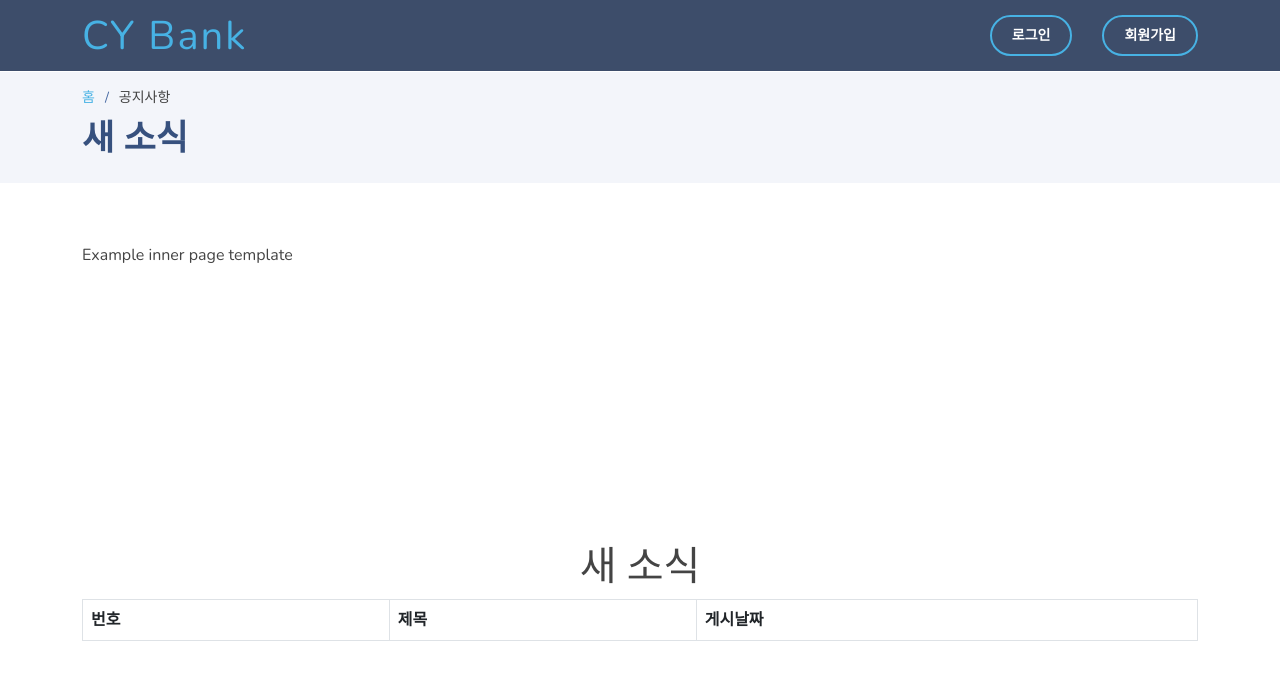
Repository: scy0814/Spring
Page: http://localhost/CYBank/jsp/notice/Notice.jsp
An editor plug-in stored every save of this project. The page is shown before and after the next save, followed by the edit.
The browser window is 1280 px wide. The pictures show the whole page.
The page is served by Tomcat 9.

Above is the page before, as saved 2023-06-27 01:45:59.

After the next save:
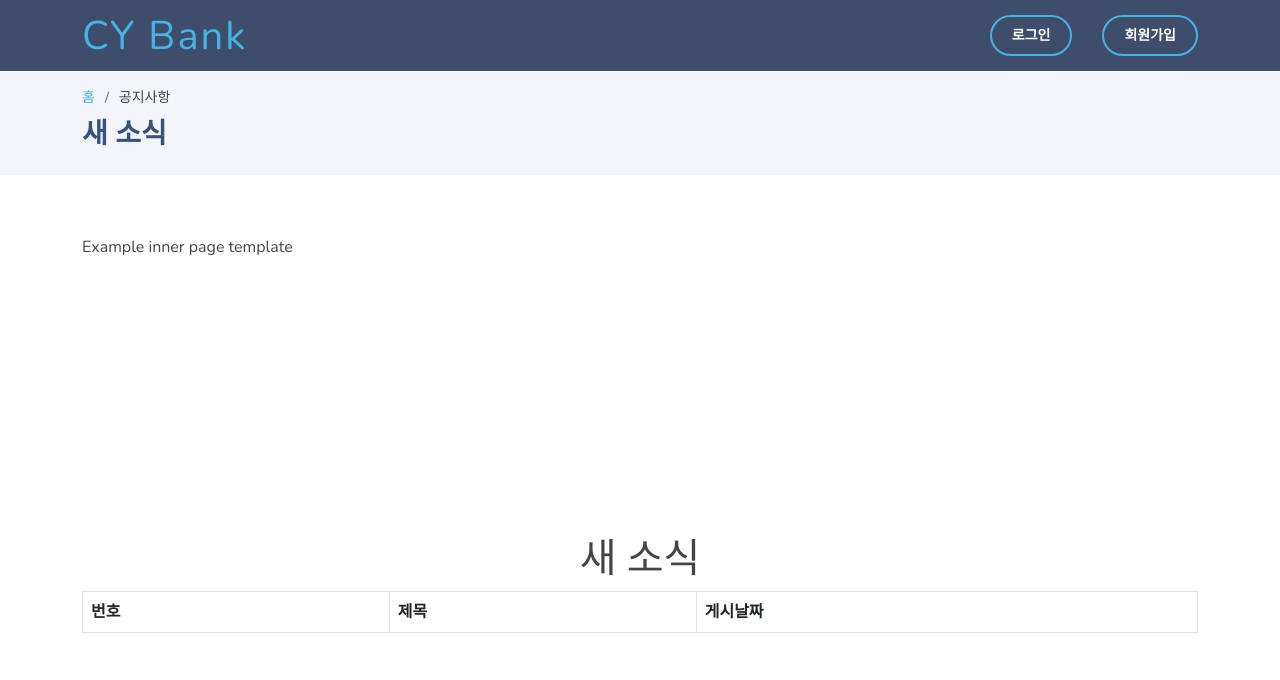
Saved 13 s later.
--- a/CYBank/src/main/webapp/jsp/notice/Notice.jsp
+++ b/CYBank/src/main/webapp/jsp/notice/Notice.jsp
@@ -38,7 +38,7 @@
           <li><a href="index.html">홈</a></li>
           <li>공지사항</li>
         </ol>
-        <h2 style="font-size : 35px;">새 소식</h2>
+        <h2>새 소식</h2>
 
       </div>
     </section><!-- End Breadcrumbs -->

After the save that followed:
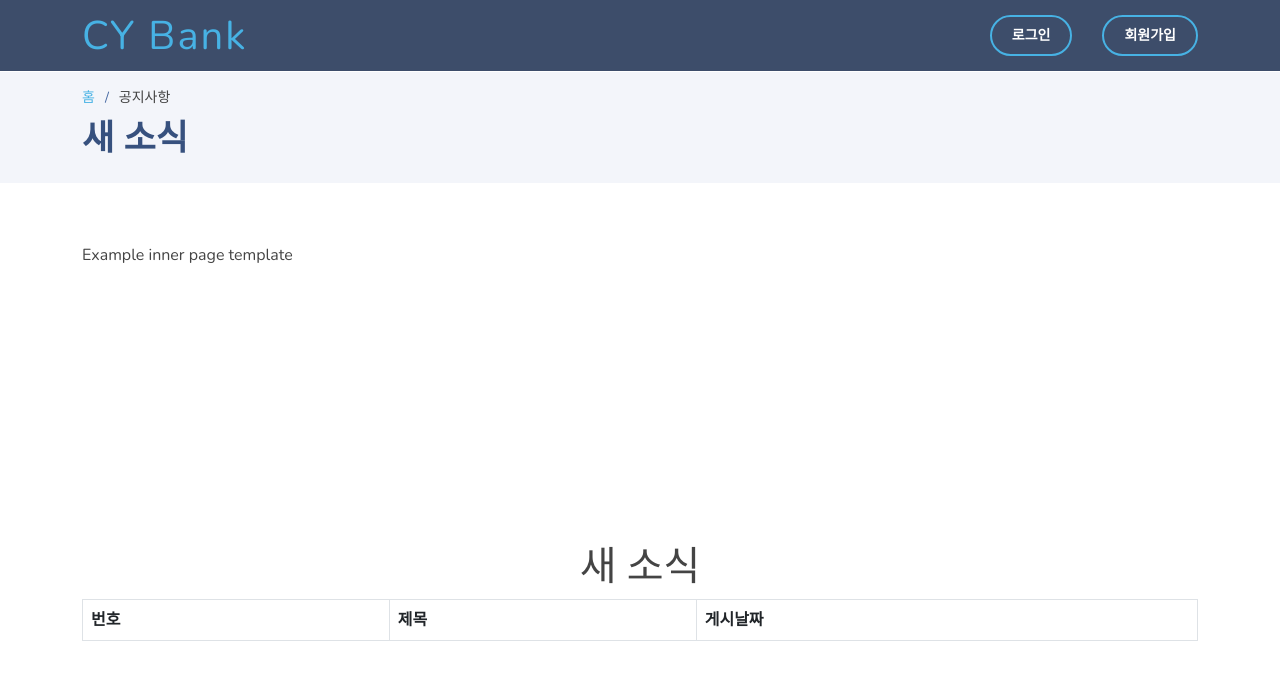
Saved 5 s later.
--- a/CYBank/src/main/webapp/jsp/notice/Notice.jsp
+++ b/CYBank/src/main/webapp/jsp/notice/Notice.jsp
@@ -38,7 +38,7 @@
           <li><a href="index.html">홈</a></li>
           <li>공지사항</li>
         </ol>
-        <h2>새 소식</h2>
+        <h2 style="font-size : 35px;">새 소식</h2>
 
       </div>
     </section><!-- End Breadcrumbs -->
